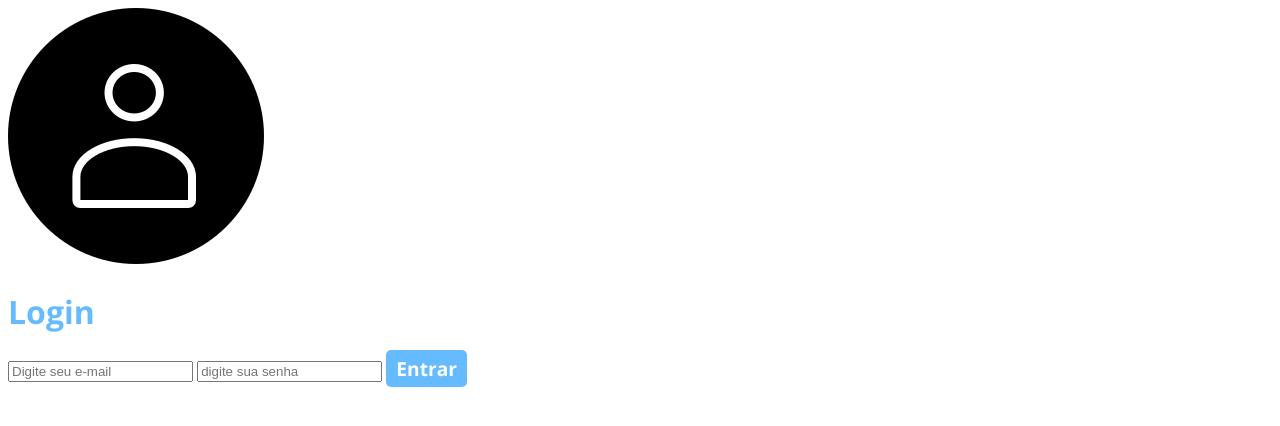
Repository: AbnerRS/DesafioSefaz
Page: DesafioSefaz/src/main/webapp/index.html
An editor plug-in stored every save of this project. The page is shown before and after the next save, followed by the edit.
The browser window is 1280 px wide. The pictures show the whole page.

Above is the page before, as saved 2021-07-31 20:55:43.

### DesafioSefaz/src/main/webapp/index.html
<!DOCTYPE html>
<html lang="pt-br">
<head>
<meta charset="utf-8">
<title>Desafio Sefaz</title>
<link rel="icon" href="imagens/favicon.png">
<link rel="stylesheet" href="style.css">
</head>
<body>

	<img src="imagens/login_user.png">
	<h1>Login</h1>
	<form>
		<input type="e-mail" name="email" placeholder="Digite seu e-mail">
		<input type="password" name="senha" placeholder="digite sua senha">
		<a href="main" class="Botao">Entrar</a>
	</form>
</body>
</html>

### DesafioSefaz/src/main/webapp/style.css
@charset "utf-8";

@import
	url('https://fonts.googleapis.com/css2?family=Open+Sans:wght@400;700&display=swap')
	;

body {
	font-family: 'Open Sans', sans-serif;
	font-size: 1em;
	font-weight: 400;
}

h1 {
	color: #66bbff;
}

.Botao {
	text-decoration: none;
	background-color: #66bbff;
	padding: 5px 10px 5px 10px;
	color: #fff;
	font-size: 1.2em;
	font-weight: 700;
	border-radius: 5px;
	border: 0;
	cursor: pointer;
}

.Botao2 {
	text-decoration: none;
	background-color: #d51213;
	padding: 5px 10px 5px 10px;
	color: #fff;
	font-size: 1.2em;
	font-weight: 700;
	border-radius: 5px;
}

.Caixa1 {
	width: 320px;
	padding: 5px;
	margin-bottom: 10px;
	border: 1px solid #66bbff;
	border-radius: 5px;
}

.Caixa2 {
	padding: 5px;
	width: 30px;
	margin-bottom: 10px;
	border: 1px solid #66bbff;
	border-radius: 5px;
	padding: 5px;
}

.Caixa5 {
	padding: 5px;
	width: 129px;
	margin-bottom: 10px;
	border: 1px solid #66bbff;
	border-radius: 5px;
	padding: 5px;
}

#caixa3 {
	padding: 5px;
	margin-bottom: 10px;
	border: 1px solid #ff0000;
}

#tabela {
	margin-bottom: 30px;
	border-collapse: collapse;
}

#tabela th {
	border: 1px solid #ddd;
	padding: 10px;
	text-align: left;
	background-color: #66bbff;
	color: #fff;
}

#tabela td {
	border: 1px solid #ddd;
	padding: 10px;
}

After the next save:
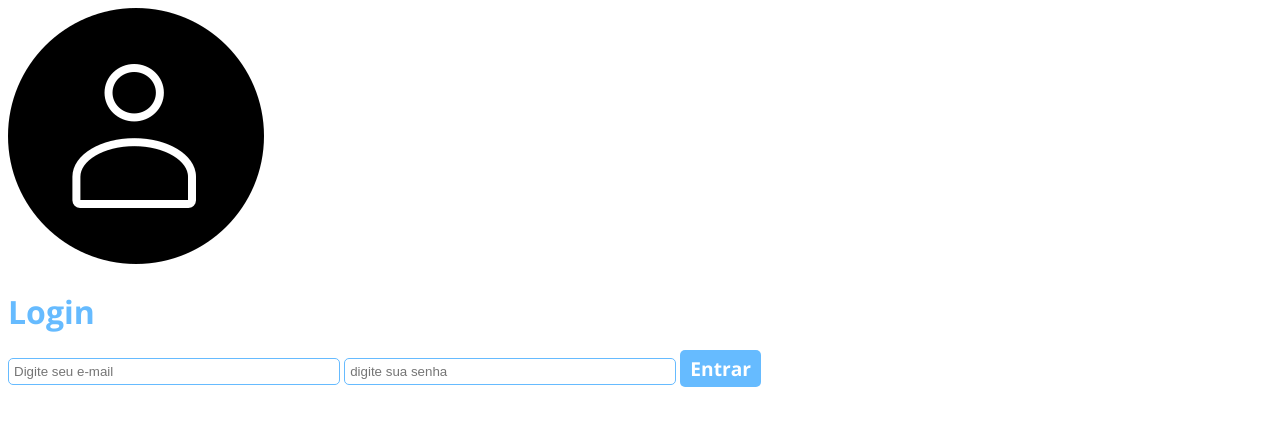
Saved 23 min 44 s later.
--- a/DesafioSefaz/src/main/webapp/index.html
+++ b/DesafioSefaz/src/main/webapp/index.html
@@ -11,8 +11,8 @@
 	<img src="imagens/login_user.png">
 	<h1>Login</h1>
 	<form>
-		<input type="e-mail" name="email" placeholder="Digite seu e-mail">
-		<input type="password" name="senha" placeholder="digite sua senha">
+		<input type="e-mail" name="email" placeholder="Digite seu e-mail"  class="Caixa1">
+		<input type="password" name="senha" placeholder="digite sua senha"  class="Caixa1">
 		<a href="main" class="Botao">Entrar</a>
 	</form>
 </body>

After the save that followed:
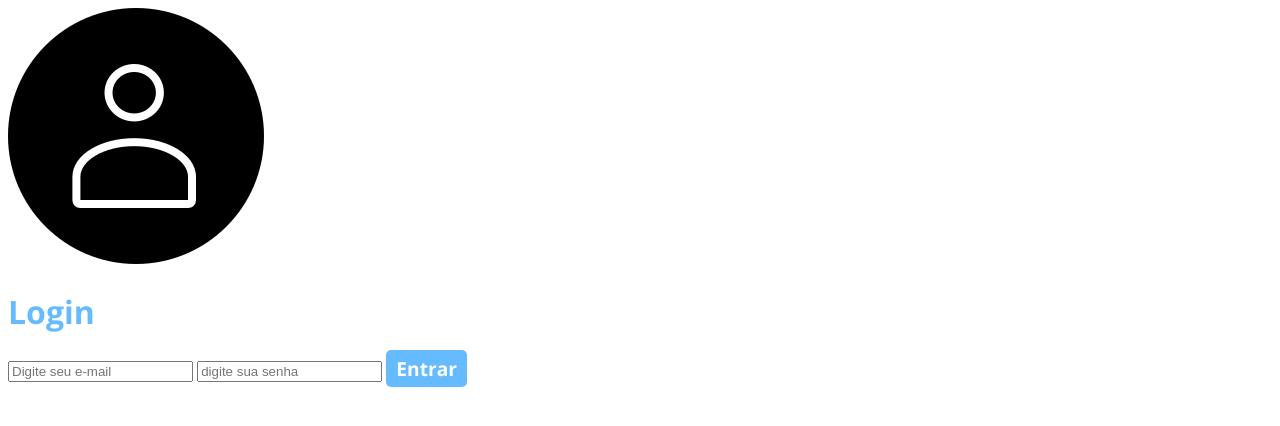
Saved 67 s later.
--- a/DesafioSefaz/src/main/webapp/index.html
+++ b/DesafioSefaz/src/main/webapp/index.html
@@ -11,8 +11,8 @@
 	<img src="imagens/login_user.png">
 	<h1>Login</h1>
 	<form>
-		<input type="e-mail" name="email" placeholder="Digite seu e-mail"  class="Caixa1">
-		<input type="password" name="senha" placeholder="digite sua senha"  class="Caixa1">
+		<input type="e-mail" name="email" placeholder="Digite seu e-mail"   class="InputLogin">
+		<input type="password" name="senha" placeholder="digite sua senha"   class="InputLogin">
 		<a href="main" class="Botao">Entrar</a>
 	</form>
 </body>
